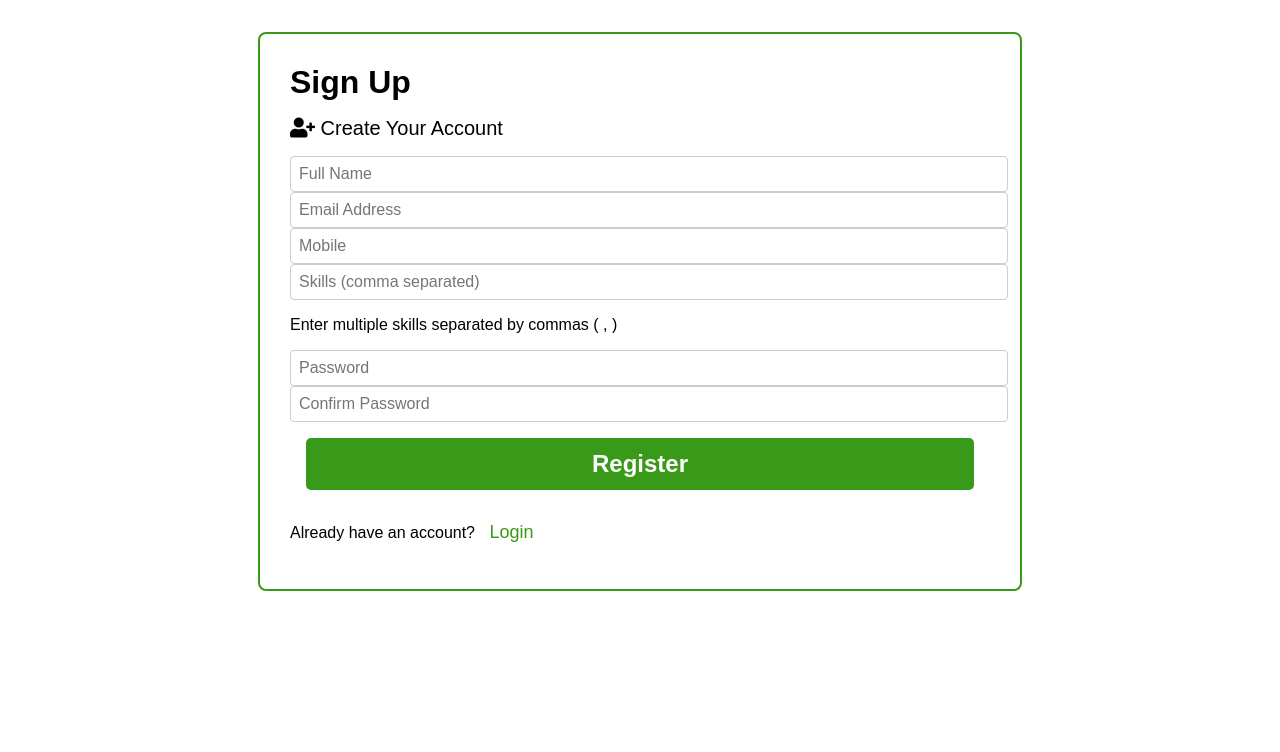
Repository: sayyad-mukthumsa-123/DevMania
Page: /register (app in frontend/)
These files come from the project's save history. The page is drawn as it stood at one moment and after the next save; the edit follows.
The browser window is 1280 px wide. The pictures show the whole page.
The project was rebuilt for these pictures with package versions that can differ from the ones it lists, and the page was loaded fresh each time. Also part of the build but not shown: frontend/src/pages/Home.js, frontend/src/pages/login.js, frontend/src/pages/Allprofiles.js, frontend/src/pages/MyProfile.js, frontend/src/pages/Indprofile.js.

Above is the page before, as saved 2025-02-28 23:50:02.

After the next save:
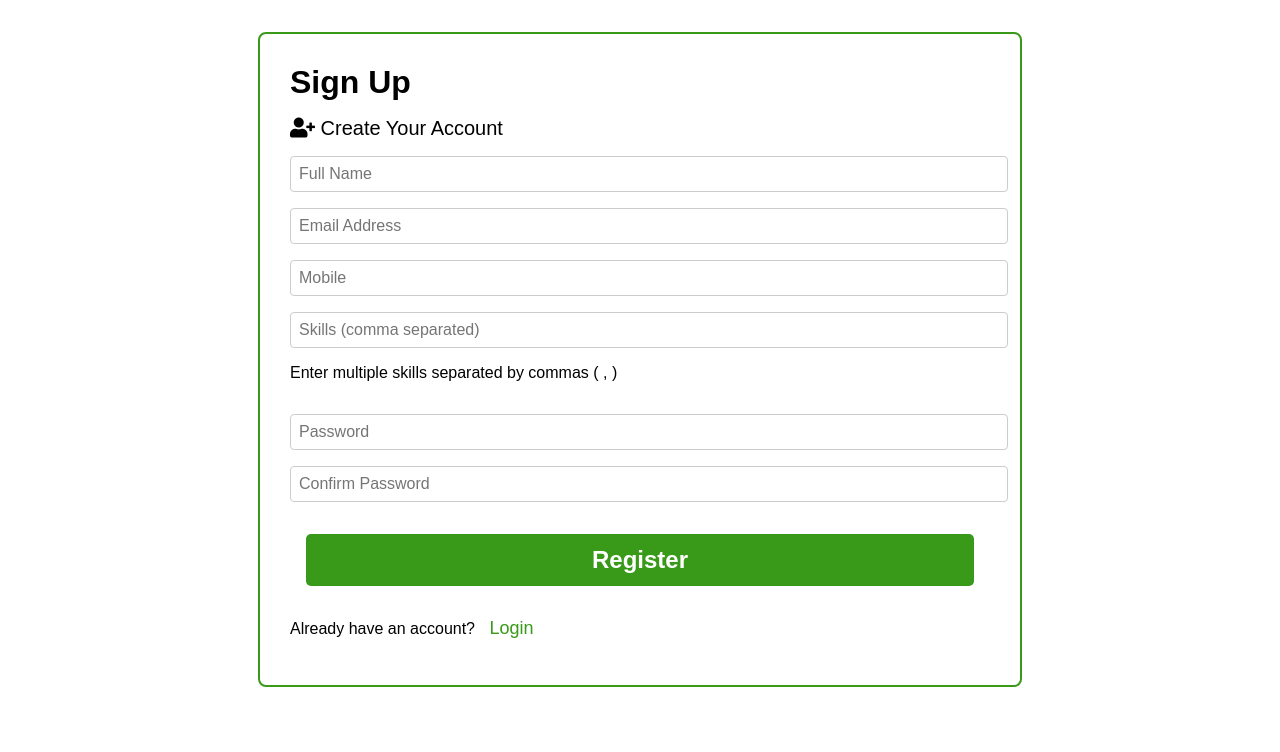
Saved 7 s later.
--- a/frontend/src/styles/styles.css
+++ b/frontend/src/styles/styles.css
@@ -201,7 +201,9 @@ body, html {
   flex-direction: column;
 }
 
-
+.form-group {
+  margin-bottom: 1.5rem;
+}
 
 .form-group input {
   width: 50%;
@@ -376,7 +378,9 @@ p {
   margin-top: 1rem;
 }
 
-
+.form-group {
+  margin-bottom: 1rem;
+}
 
 .form-group input {
   width: 100%;
